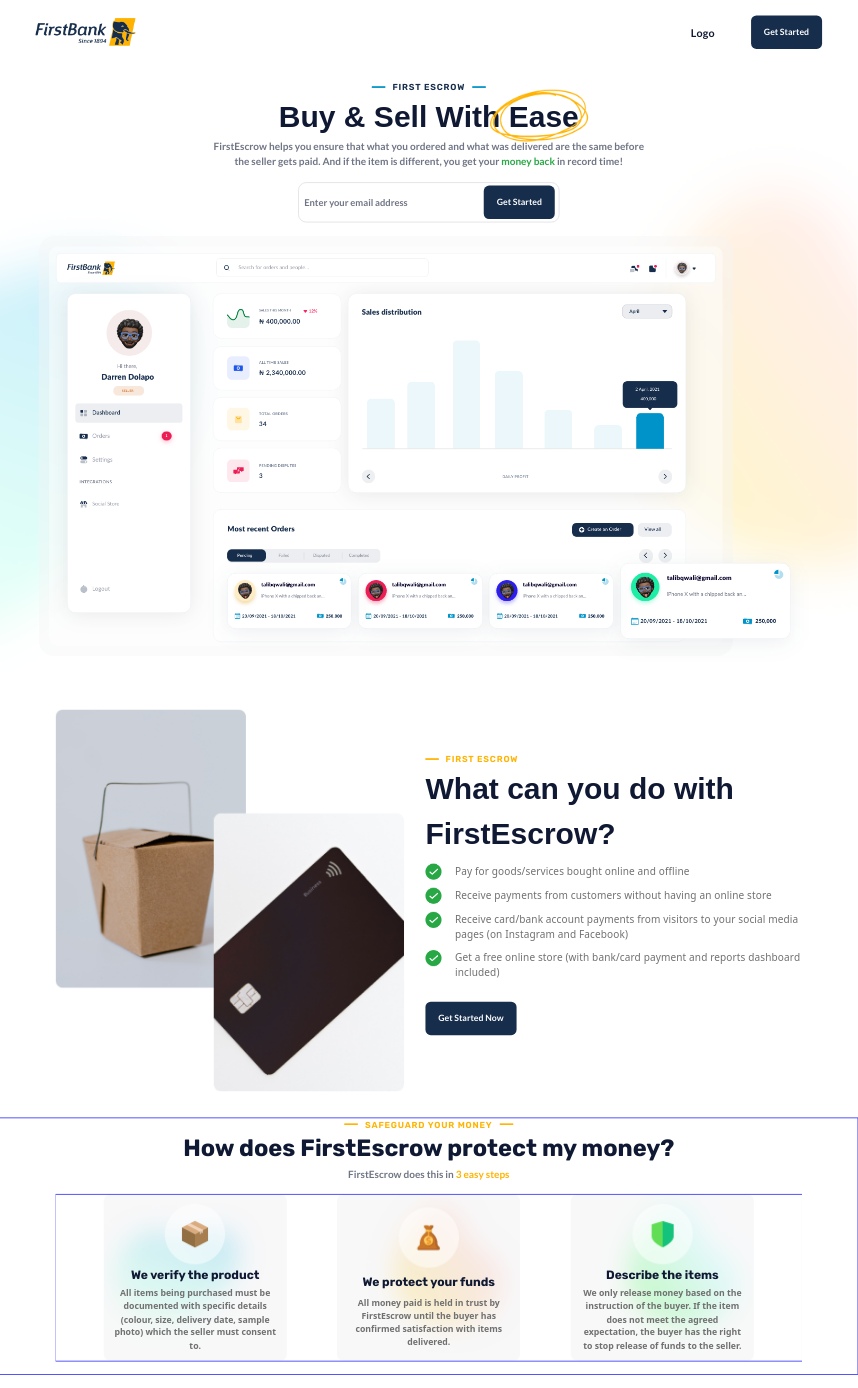
Repository: Pepperest-dev/First_Escrow_Home
Page: index.html
The author's editor kept a copy of each file at every save. The page is drawn from the files as they stood at one save, then again after the next save.
The browser window is 1280 px wide. The pictures show the whole page, at 67% of full size.

Above is the page before, as saved 2021-09-26 12:32:34.

### index.html
<!DOCTYPE html>
<html lang="en">
  <head>
    <meta charset="UTF-8" />
    <meta http-equiv="X-UA-Compatible" content="IE=edge" />
    <meta name="viewport" content="width=device-width, initial-scale=1.0" />
    <link rel="stylesheet" href="styles/styles.css" />
    <link rel="stylesheet" href="styles/mobileScreenStyles.css" />
    <link
      href="https://unpkg.com/tailwindcss@^2/dist/tailwind.min.css"
      rel="stylesheet"
    />
    <link
      rel="stylesheet"
      href="https://cdnjs.cloudflare.com/ajax/libs/font-awesome/4.7.0/css/font-awesome.min.css"
    />
    <link rel="preconnect" href="https://fonts.googleapis.com" />
    <link rel="preconnect" href="https://fonts.gstatic.com" crossorigin />
    <link
      href="https://fonts.googleapis.com/css2?family=Lato:wght@100;300;400;700;800&family=Rubik:wght@400;500;600;700&display=swap"
      rel="stylesheet"
    />
    <title>First Escrow</title>
  </head>
  <body>
    <!-- Create a container wrapper to  -->
    <!-- create a container to keep everything contained in a certain width  ##done -->
    <!-- create the Navbar ##Done -->
    <!-- Do the font setup from google fonts  ##Done-->
    <!-- make the navbar responsive  Not done-->
    <!-- create the hero section ##almost -->
    <!-- work on the what can we do or you ssection -->
    <!-- Work on how does first escrow  works-->
    <!-- work on refund is guranteed  section  -->
    <!-- how it works in simple steps section -->
    <!-- work on the footer section -->
    <header class="banner mb-10 overflow-x-hidden overscroll-none">
      <nav
        class="
          h-24
          flex
          justify-between
          items-center
          md:w-11/12 md:p-0
          px-7
          mx-auto
          mb-6
        "
      >
        <a href="/">
          <img
            src="/assets/imgs/firstBank_logo.png"
            alt="First Bank Logo"
            class="BrandLogo cursor-pointer"
          />
        </a>

        <ul class="md:flex hidden w-2/12 h-full justify-between items-center">
          <li class="loginLink"><a href="#">Logo</a></li>
          <li>
            <button class="getStartedBtn hover:drop-shadow-xl">
              Get Started
            </button>
          </li>
        </ul>

        <div id="hambugger" class="hambugger cursor-pointer md:hidden">
          <i id="menuToggler" class="fa fa-2x fa-bars"></i>
        </div>
      </nav>

      <main class="md:w-11/12 mb-3 md:p-0 px-7 mx-auto">
        <article>
          <p
            class="
              text-center
              mx-auto
              flex
              justify-around
              items-center
              firstEscrow
            "
          >
            First Escrow
          </p>
          <h1 class="mainTitle text-center mx-auto">
            Buy & Sell With <span class="">Ease</span>
            <img
              src="/assets/icons/bigEaseElipses.png"
              alt="elipses"
              class="elipses"
            />
          </h1>
          <p class="contentDescription mx-auto">
            FirstEscrow helps you ensure that what you ordered and what was
            delivered are the same before the seller gets paid. And if the item
            is different, you get your
            <span class="greenMoneyText">money back</span> in record time!
          </p>
          <form
            class="
              my-5
              mx-auto
              flex
              justify-between
              items-center
              cursor-pointer
              bannerInputField
            "
          >
            <input
              type="text"
              class="h-full"
              placeholder="Enter your email address"
            />
            <button
              type="submit"
              class="getStartedBtn z-10 hover:drop-shadow-xl"
            >
              Get Started
            </button>
          </form>
        </article>
        <img
          src="/assets/imgs/dashboardMockup.png"
          class="dashboardImg cursor-pointer mx-auto"
          alt="dashboard mockup"
        />
      </main>
    </header>
    <div class="wrapper">
      <section
        class="
          mt-10
          w-11/12
          mx-auto
          overflow-x-hidden
          gap-x-8
          items-center
          flex
          justify-between
          flex-wrap-reverse
          md:flex-nowrap
        "
      >
        <div class="">
          <img
            class="object-contain"
            src="/assets/imgs/bagAndCard.png"
            alt="bag and card"
          />
        </div>
        <div class="">
          <p
            class="text-left flex justify-start items-center yellowFirstEscrow"
          >
            First Escrow
          </p>

          <h1 class="mainTitle">What can you do with FirstEscrow?</h1>

          <ul id="FirstEscrowCanDo"></ul>
          <button class="getStartedBtn hover:drop-shadow-xl my-5">
            Get Started Now
          </button>
        </div>
      </section>
    </div>
    <div class="wrapper outline">
      <section class="mt-10 mb-5 w-11/12 mx-auto overflow-x-hidden">
        <p
          class="
            text-center
            mx-auto
            flex
            justify-around
            items-center
            secondYellowFirstEscrow
          "
        >
          Safeguard Your Money
        </p>

        <h3 class="text-center protectTitle">
          How does FirstEscrow protect my money?
        </h3>
        <p class="contentDescription mx-auto">
          FirstEscrow does this in
          <span class="yellowText">3 easy steps</span>
        </p>

        <div
          id="threeBoxes"
          class="flex justify-evenly items-center outline my-5"
        ></div>
      </section>
    </div>
    <script src="js/app.js"></script>
  </body>
</html>

### Styles/styles.css
* {
  margin: 0;
  padding: 0;
  border: 0;
  font-size: 16px;
  text-decoration: none;
  font: inherit;
  box-sizing: border-box;
}

/* Colors varable declaration */
:root {
  --whiteBgColor: #ffffff;
  --BtnBgColor: #162d4c;
  --lightBlueColor: #0093c9;
  --yellowPrimaryColor: #ffb300;
  --boxesTextColor: #707070;
  --darkBlueTextColor: #101933;
  --bannerTextColor: #707585;
  --lightGreenColor: #28a745;
  --inputFieldBorderColor: #d8dade;
  --footerBackgroundColor: #f6f6f7;
  --footerTextColor: #040c22;
  --latoFontFamily: "Lato", sans-serif;
  --rubikFontFamily: "Rubik", sans-serif;
  --arialFontFamily: "Arial", sans-serif;
}
.wrapper {
  margin-right: auto;
  margin-left: auto;
  max-width: 1440px;
  padding-right: 2rem;
  padding-left: 2rem;
  width: 100%;
  background-color: var(--whiteBgColor);
}

.banner {
  background-image: url(../assets/imgs/overlayBackground.png);
  background-position: center;
  background-repeat: no-repeat;
  background-size: cover;
  object-fit: cover;
}
.dashboardImg {
  width: 100%;
  height: auto;
  overflow-x: hidden;
}

.contentContainer {
}

.BrandLogo {
  width: 150px;
  object-fit: contain;
  height: 45px;
}

.outline {
  outline: 1px solid blue;
}

.loginLink {
  font: normal normal 600 16px/19px Lato;
  letter-spacing: 0.32px;
  font-family: var(--latoFontFamily);
  font-style: normal;
  font-weight: 600;
  color: var(--darkBlueTextColor);
}

.loginLink:hover {
  opacity: 0.8;
  transition: all ease-in-out 350ms;
}

.getStartedBtn {
  border-radius: 8px;
  background-color: var(--BtnBgColor);
  min-width: 100px;
  padding: 0 1.2rem;
  height: 50px;
  color: var(--whiteBgColor);
  font-family: var(--latoFontFamily);
  text-align: center;
  font-size: 13px;
  font-weight: 800;
}

.getStartedBtn:hover {
  opacity: 0.8;
  transition: all ease-in-out 350ms;
}

.yellowFirstEscrow {
  letter-spacing: 1.2px;
  color: var(--yellowPrimaryColor);
  text-transform: uppercase;
  font-family: var(--rubikFontFamily);
  font-size: 13px;
  font-weight: 600;
  width: 150px;
}

.yellowFirstEscrow::before {
  content: "";
  display: flex;
  width: 20px;
  border: 1px solid var(--yellowPrimaryColor);
  background-color: var(--yellowPrimaryColor);
  margin-right: 10px;
}

.secondYellowFirstEscrow {
  letter-spacing: 1.2px;
  color: var(--yellowPrimaryColor);
  text-transform: uppercase;
  font-family: var(--rubikFontFamily);
  font-size: 13px;
  font-weight: 600;
  width: 263px;
}

.secondYellowFirstEscrow::before {
  content: "";
  display: flex;
  width: 20px;
  border: 1px solid var(--yellowPrimaryColor);
  background-color: var(--yellowPrimaryColor);
}
.secondYellowFirstEscrow::after {
  content: "";
  display: flex;
  width: 20px;
  border: 1px solid var(--yellowPrimaryColor);
  background-color: var(--yellowPrimaryColor);
}

.firstEscrow {
  letter-spacing: 1.2px;
  color: var(--BtnBgColor);
  text-transform: uppercase;
  font-family: var(--rubikFontFamily);
  font-size: 13px;
  font-weight: 600;
  width: 180px;
}

.firstEscrow::before {
  content: "";
  display: flex;
  width: 20px;
  border: 1px solid var(--lightBlueColor);
  background-color: var(--lightBlueColor);
}
.firstEscrow::after {
  content: "";
  display: flex;
  width: 20px;
  background-color: var(--lightBlueColor);
  border: 1px solid var(--lightBlueColor);
}
.mainTitle {
  color: var(--darkBlueTextColor);
  font-family: var(--arialFontFamily);
  font-weight: 700;
  font-size: 2.8rem;
  max-width: 600px;
  position: relative;
}

.elipses {
  position: absolute;
  width: 150px;
  top: -11px;
  right: 10%;
}

.contentDescription {
  color: var(--bannerTextColor);
  font-family: var(--latoFontFamily);
  font-weight: 600;
  font-size: 15px;
  text-align: center;
  max-width: 650px;
}

.greenMoneyText {
  color: var(--lightGreenColor);
}

.bannerInputField {
  width: 390px;
  height: 60px;
  border: 1px solid var(--inputFieldBorderColor);
  border-radius: 12px;
  background: var(--whiteBgColor);
  padding: 8px 6px 8px 8px;
}

.bannerInputField input[type="text"] {
  border: none;
  font-family: var(--latoFontFamily);
  font-size: 16px;
  color: var(--bannerTextColor);
  flex: 0.9;
  font-weight: 600;
  outline: none;
}

.bannerInputField input[type="text"]::placeholder {
  font-family: var(--latoFontFamily);
  font-size: 14px;
  font-weight: 600;
  color: var(--bannerTextColor);
}

#FirstEscrowCanDo li {
  color: var(--boxesTextColor);
  letter-spacing: 0.18px;
  text-align: left;
  font-weight: normal;
  font-size: 15px;
}

.protectTitle {
  color: var(--darkBlueTextColor);
  letter-spacing: 0;
  font-family: var(--rubikFontFamily);
  font-weight: bold;
  font-size: 2.2rem;
}
.yellowText {
  color: var(--yellowPrimaryColor);
}
.box {
  width: 280px;
  height: 248px;
  border-radius: 12px;
  background-repeat: no-repeat;
  background-position: center;
  background-size: contain;
  display: flex;
  flex-direction: column;
  align-items: center;
  justify-content: space-evenly;
  padding: 10px;
}

.boxImage {
  width: 90px;
  background-color: transparent;
}

.boxTitle {
  color: var(--darkBlueTextColor);
  letter-spacing: 0;
  font-family: var(--rubikFontFamily);
  text-align: center;
  font-size: 18px;
  font-weight: 700;
}

.boxTextContent {
  text-align: center;
  color: var(--boxesTextColor);
  font-size: 13px;
  font-weight: 600;
  width: 95%;
}

### Styles/mobileScreenStyles.css
@media screen and (max-width: 600px) {
  .banner {
    background-size: contain;
  }
  .dashboardImg {
    width: 500px;
    height: auto;
  }

  .BrandLogo {
    width: 100px;
  }

  .toggle {
    transition: opacity ease-in-out;
  }

  .elipses {
    position: absolute;
    width: 150px;
    top: 40%;
    right: 9%;
  }
}

### Js/app.js
const escrow = {
  firstEscrowList: [
    {
      icon: "/assets/icons/greenChecked.png",
      text: "Pay for goods/services bought online and offline",
    },
    {
      icon: "/assets/icons/greenChecked.png",
      text: "Receive payments from customers without having an online store",
    },
    {
      icon: "/assets/icons/greenChecked.png",
      text: "Receive card/bank account payments from visitors to your social media pages (on Instagram and Facebook)",
    },
    {
      icon: "/assets/icons/greenChecked.png",
      text: "Get a free online store (with bank/card payment and reports dashboard included)",
    },
  ],
  threeBoxContent: [
    {
      imgUrl: "/assets/imgs/parcelBox.png",
      bgImgUrl: "/assets/imgs/darkGreenCardBg.png",
      boxTitle: "We verify the product",
      boxTextContent:
        "All items being purchased must be documented with specific details (colour, size, delivery date, sample photo) which the seller must consent to.",
    },
    {
      imgUrl: "/assets/imgs/moneyBag.png",
      bgImgUrl: "/assets/imgs/yellowCardBg.png",
      boxTitle: "We protect your funds",
      boxTextContent:
        "All money paid is held in trust by FirstEscrow until the buyer has confirmed satisfaction with items delivered.",
    },
    {
      imgUrl: "/assets/imgs/greenShield.png",
      bgImgUrl: "/assets/imgs/lightGreenCardBg.png",
      boxTitle: "Describe the items",
      boxTextContent:
        "We only release money based on the instruction of the buyer. If the item does not meet the agreed expectation, the buyer has the right to stop release of funds to the seller.",
    },
  ],
};
Object.freeze(escrow);
document.addEventListener(
  "DomContentLoaded",
  (function () {
    console.log(escrow, "escrow, content");
    const { firstEscrowList, threeBoxContent } = escrow;
    const hambugger = document.querySelector("#hambugger");
    const menu = document.querySelector("#menuToggler");
    const escrowCanDo = document.querySelector("#FirstEscrowCanDo");
    const threeBoxes = document.querySelector("#threeBoxes");

    let returnedList = firstEscrowList
      .map(
        (list) =>
          `<li class="flex items-start my-3 justify-start"><img  src=${list.icon} alt="checked icon" class="mr-5 h-6 w-6" /> ${list.text}</li>`
      )
      .join(" ");

    escrowCanDo.innerHTML = returnedList;

    let boxesHtml = threeBoxContent
      .map(
        ({ imgUrl, bgImgUrl, boxTextContent, boxTitle }) => `<div
            style="background-image: url(${bgImgUrl})"
            class="box"
          >
            <div class="boxImage">
              <img src=${imgUrl} alt="Box Image" srcset="" />
            </div>
            <p class="boxTitle">${boxTitle}</p>
            <p class="boxTextContent">
             ${boxTextContent}
            </p>
          </div>`
      )
      .join("");

    threeBoxes.innerHTML = boxesHtml;

    hambugger.addEventListener("click", () => {
      if (menu.classList.contains("fa-bars")) {
        menu.classList.remove("fa-bars");
        menu.classList.add("fa-times");
      } else if (menu.classList.contains("fa-times")) {
        menu.classList.remove("fa-times");
        menu.classList.add("fa-bars");
      }
      hambugger.classList.toggle("toggle");
    });
  })()
);

After the next save:
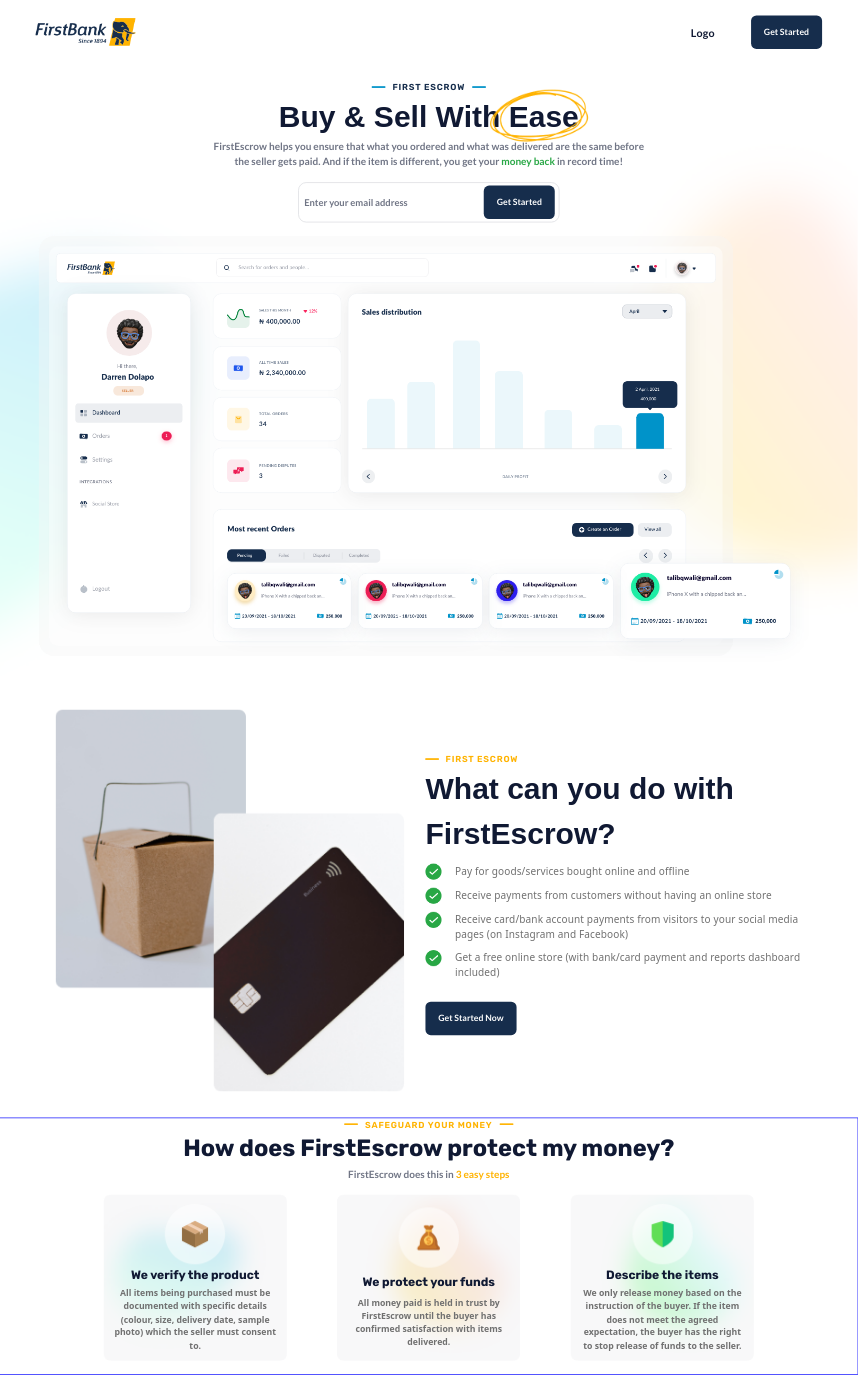
Saved 20 s later.
--- a/index.html
+++ b/index.html
@@ -191,7 +191,7 @@
 
         <div
           id="threeBoxes"
-          class="flex justify-evenly items-center outline my-5"
+          class="flex justify-evenly items-center my-5"
         ></div>
       </section>
     </div>
